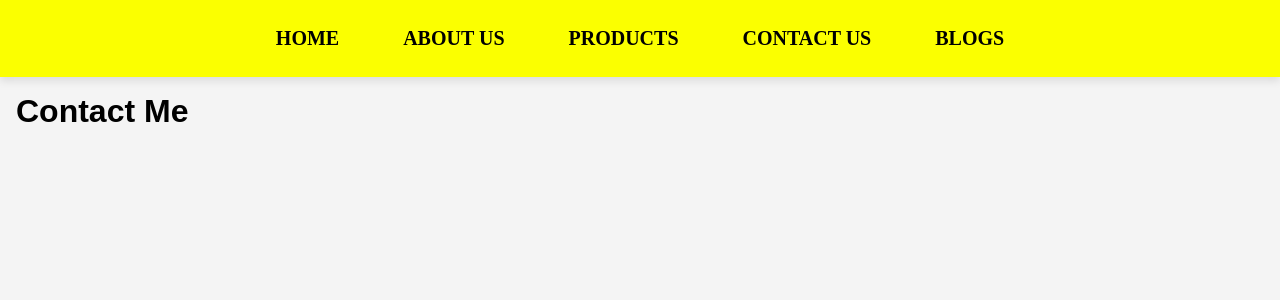
Repository: SharonSebastian32/ecommerce-web-using-react-framework
Page: /contact
These files come from the project's save history. The page is drawn as it stood at one moment and after the next save; the edit follows.
The browser window is 1280 px wide. The pictures show the whole page.
Some web fonts or font styles are not loaded; a fallback is used. The project was rebuilt for these pictures with package versions that can differ from the ones it lists, and the page was loaded fresh each time. Also part of the build but not shown: src/Style/homeStyle.css, src/pages/Home.jsx, src/pages/Blogs.jsx, src/pages/NoPage.jsx, src/pages/About.jsx, src/ProductPage/productCard.jsx, src/ProductPage/productPage.jsx, src/index.css.

Above is the page before, as saved 2024-07-02 11:28:15.

After the next save:
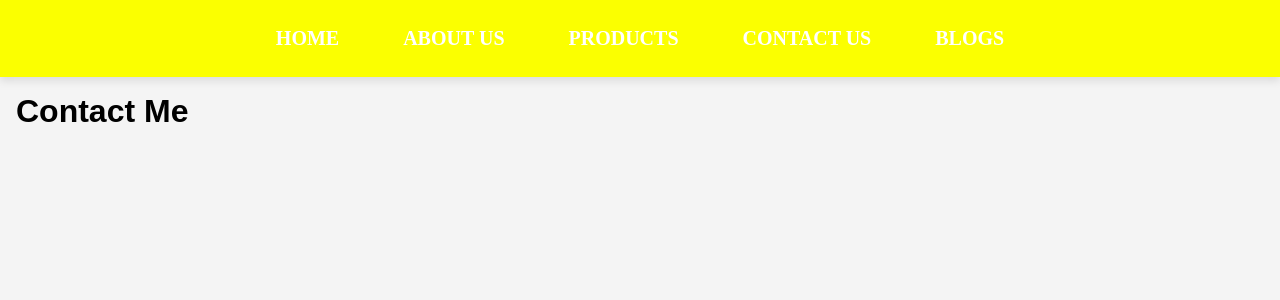
Saved 13 s later.
--- a/src/Style/layout1.css
+++ b/src/Style/layout1.css
@@ -25,7 +25,7 @@
     }
 
     nav ul li a {
-        color: rgb(0, 0, 0);
+        color: rgb(255, 255, 255);
         text-decoration: none;
         padding: 1.7rem 2rem;
         display: block;

After the save that followed:
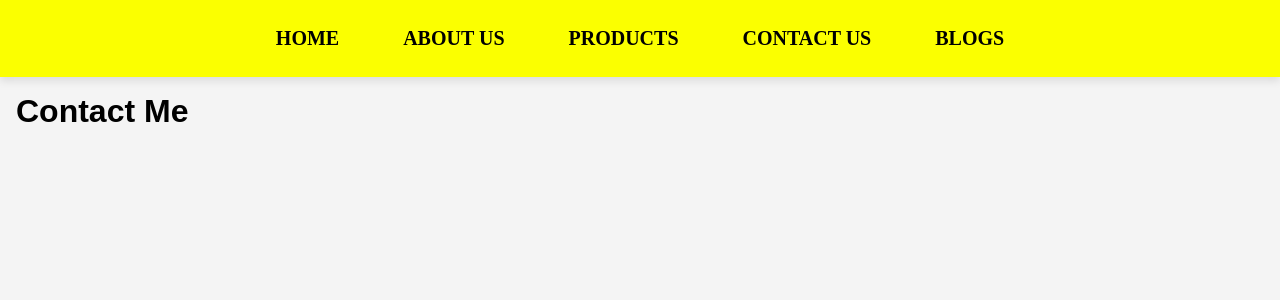
Saved 8 s later.
--- a/src/Style/layout1.css
+++ b/src/Style/layout1.css
@@ -25,7 +25,7 @@
     }
 
     nav ul li a {
-        color: rgb(255, 255, 255);
+        color: rgb(0, 0, 0);
         text-decoration: none;
         padding: 1.7rem 2rem;
         display: block;
